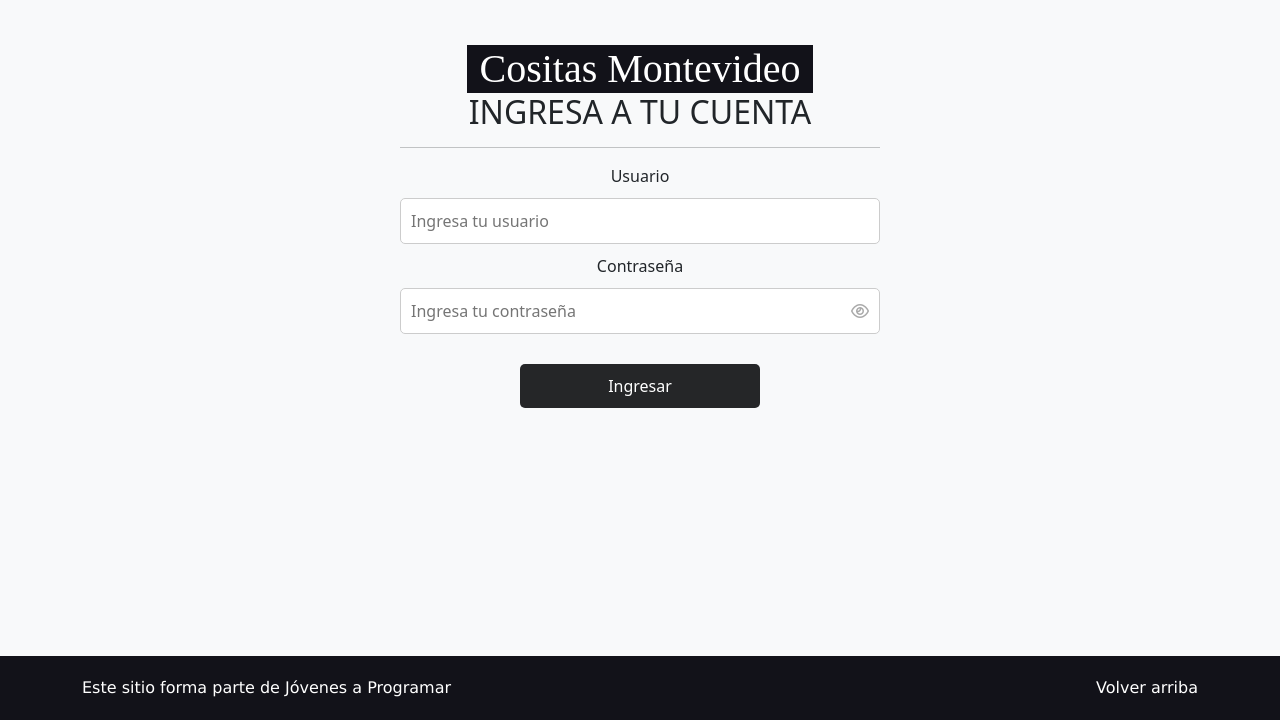
Repository: naticab/proyecto-dw
Page: login.html
An editor plug-in stored every save of this project. The page is shown before and after the next save, followed by the edit.
The browser window is 1280 px wide. The pictures show the whole page.
Some web fonts or font styles are not loaded; a fallback is used.

Above is the page before, as saved 2024-09-15 14:24:20.

### login.html
<!DOCTYPE html>
<html lang="es">

<head>
  <meta charset="UTF-8">
  <meta name="viewport" content="width=device-width, initial-scale=1, shrink-to-fit=no">
  <title>eMercado - Todo lo que busques está aquí</title>

  <link href="https://fonts.googleapis.com/css?family=Raleway:300,300i,400,400i,700,700i,900,900i" rel="stylesheet">
  <link href="css/bootstrap.min.css" rel="stylesheet">
  <link href="https://cdn.jsdelivr.net/npm/bootstrap@5.3.0/dist/css/bootstrap.min.css" rel="stylesheet">
  <link href="https://cdn.jsdelivr.net/npm/@fortawesome/fontawesome-free/css/all.min.css" rel="stylesheet">
  <link href="css/styles.css" rel="stylesheet" type="text/css">
  <link rel="stylesheet" href="css/login.css" type="text/css">
  <link href="css/header-and-footer.css" rel="stylesheet">
  <link href="https://fonts.googleapis.com/css2?family=Love+Ya+Like+A+Sister&display=swap" rel="stylesheet">
</head>

<body>

  <header>
    <div class="container d-flex justify-content-around align-items-center">
      <h1 class="m-0">Cositas Montevideo</h1>
      <nav class="navbar navbar-expand-lg">
      </nav>
    </div>
  </header>

  <main>
    <div class="login-container">
      <h2>INGRESA A TU CUENTA</h2>
      <hr>
      <label for="username">Usuario</label>
      <input type="text" id="username" name="username" placeholder="Ingresa tu usuario">

      <label for="password">Contraseña</label>
      <div class="password-container">
        <input type="password" id="password" name="password" placeholder="Ingresa tu contraseña">
        <i class="far fa-eye" id="togglePassword"></i>
      </div>

      <button type="submit" id="button">Ingresar</button>
    </div>
  </main>

  <footer class="text-center py-2">
    <div class="container">
      <div class="footer-content">
        <p class="footer-text">Este sitio forma parte de <a class="footer-link" href="https://jovenesaprogramar.edu.uy/"
            target="_blank">Jóvenes a Programar</a></p>
        <p class="footer-link-end">
          <a class="footer-link" href="#">Volver arriba</a>
        </p>
      </div>
    </div>
  </footer>

  <script src="js/login.js"></script>
  <script src="js/header-and-footer.js"></script>
</body>

</html>

### css/styles.css
.jumbotron,
.card-body,
.container,
.site-header {
  font-family: 'Verdana', serif !important;
}

.jumbotron .display-4 {
  font-weight: bold;
}

nav a {
  text-decoration: none;
}

.bd-placeholder-img {
  font-size: 1.125rem;
  text-anchor: middle;
  -webkit-user-select: none;
  -moz-user-select: none;
  -ms-user-select: none;
  user-select: none;
}

@media (min-width: 768px) {
  .bd-placeholder-img-lg {
    font-size: 3.5rem;
  }
}

.jumbotron {
  height: 50vh;
  padding: 5em inherit;
  margin-bottom: 0;
  background-color: #53C0FB;
  background: url('../img/cover_back.png');
  background-size: cover;
  background-position: center;
  background-repeat: no-repeat;
  color: black;
  font-weight: bold;
}

@media (min-width: 768px) {
  .jumbotron {
    padding-top: 6rem;
    padding-bottom: 6rem;
  }
}

.jumbotron p:last-child {
  margin-bottom: 0;
}

.jumbotron-heading {
  font-weight: 300;
}

.jumbotron .container {
  max-width: 40rem;
  background-color: rgba(255, 255, 255, 0.5);
  border-radius: 10px;
  text-shadow: 1px 1px 2px grey;
}

.jumbotron .lead {
  font-size: 38px;
}

.dropzone {
  border: 2px dashed #0087F7;
  border-radius: 5px;
  background: white;
}

.img-fit {
  max-height: 100%;
}

.alert {
  position: fixed;
  top: 80px;
  width: 50%;
  left: 50%;
  transform: translate(-50%, 0);
}

.lds-ring {
  display: inline-block;
  position: relative;
  width: 64px;
  height: 64px;
  top: 50%;
  left: 50%;
}

.cursor-active {
  cursor: pointer;
}

.left {
  float: left;
  padding: 4px;
  background-color: rgba(255, 255, 255, 0.5);
}

.lds-ring div {
  box-sizing: border-box;
  display: block;
  position: absolute;
  width: 51px;
  height: 51px;
  margin: 6px;
  border: 6px solid #fff;
  border-radius: 50%;
  animation: lds-ring 1.2s cubic-bezier(0.5, 0, 0.5, 1) infinite;
  border-color: #fff transparent transparent transparent;
}

.lds-ring div:nth-child(1) {
  animation-delay: -0.45s;
}

.lds-ring div:nth-child(2) {
  animation-delay: -0.3s;
}

.lds-ring div:nth-child(3) {
  animation-delay: -0.15s;
}

@keyframes lds-ring {
  0% {
    transform: rotate(0deg);
  }

  100% {
    transform: rotate(360deg);
  }
}

.signin {
  width: 100%;
  max-width: 330px;
  padding: 15px;
  margin: auto;
}

#spinner-wrapper {
  position: fixed;
  background-color: rgba(0, 0, 0, 0.5);
  width: 100%;
  height: 100%;
  top: 0;
  left: 0;
  z-index: 1021;
  display: none;
}

main {
  min-height: calc(100vh - 210px);
}

a.custom-card,
a.custom-card:hover {
  color: inherit;
  text-decoration: inherit;
}

.checked {
  color: orange;
}

### css/login.css
body {
    display: flex;
    flex-direction: column;
    justify-content: center;
    align-items: center;
    height: 90vh;
    background-color: #f8f9fa;
    text-align: center;
}

.login-container {
    width: 30em;
}

input {
    width: 100%;
    padding: 10px;
    margin: 10px 0;
    border-radius: 5px;
    border: 1px solid #ccc;
}

.password-container {
    position: relative;
}

.password-container i {
    position: absolute;
    right: 10px;
    top: 50%;
    transform: translateY(-50%);
    cursor: pointer;
    color: #aaa;
}

button {
    width: 50%;
    padding: 10px;
    margin-top: 20px;
    border: none;
    border-radius: 5px;
    background-color: #252628;
    color: white;
    cursor: pointer;
}

button:hover {
    background-color: #3f3f3f;
}

footer {
    position: fixed;
    bottom: 0;
    left: 0;
    width: 100%;
    padding-top: 1rem;
    padding-bottom: 1rem;
    background-color: #f8f9fa;
    text-align: center;
}

@media (max-width: 768px) {
    .login-container {
        width: 25em;
    }
}

@media (max-width: 576px) {

    body {
        background-color: #AAA8A4;
    }

    .login-container {
        width: 20em;
        padding: 15px;
    }

    button {
        width: 50%;
    }

    input {
        margin: 5px 0;
    }

    footer {
        visibility: hidden;
    }
}

### css/header-and-footer.css
header {
    background: #121219;
    color: #fff;
    position: relative;
}

h1 {
    font-family: "Love Ya Like A Sister", cursive;

}

a.nav-link {
    color: #f1f1f1;
}

a.nav-link:hover {
    color: #9b9a9b;
    transition: color 0.3s, text-shadow 0.3s;
    transform: scale(1.05);
}

/* Espaciado entre los elementos del menú */
.navbar-nav .nav-item {
    margin-right: 40px;
}

.navbar-nav .nav-item:last-child {
    margin-right: 0; /* Quitar margen derecho al último elemento */
}

#user-name.nav-link {
    color: #f1f1f1;
}

#user-name.nav-link:hover {
    color: #9b9a9b;
    transform: scale(1.05);
    transition: color 0.3s, text-shadow 0.3s;
}

.navbar-collapse {
    justify-content: flex-end;
}

.navbar-toggler:hover {
    cursor: pointer;
}

@media (max-width: 995px) {

    .navbar-collapse {
        display: none;
        position: absolute;
        top: 100%;
        left: -40px;
        width: 240%;
        z-index: 999;
        flex-direction: column-reverse;
        align-items: center;
justify-content: center;    }

    .navbar-collapse.show {
        display: flex;
    }

    .navbar-nav {
        background: #121219;
        color: #fff;
        padding: 1.5rem;
        border-radius: 0 0 100px 100px;
        font-weight: bold;
        text-align: center;
        display: flex;
        justify-content: center; /* Centra horizontalmente todos los li */
        align-items: center; /* Centra verticalmente los li */
        width: 100%;
    }

    .navbar-toggler-icon {
        background-image: url('data:[embedded picture, 238 characters]');
        filter: brightness(0) invert(1); /* Cambia el icono a blanco */
    }


    .navbar-nav:hover {
        cursor: pointer;
    }

    a.nav-link:hover {
        color: #9b9a9b;
        transition: color 0.3s, text-shadow 0.3s;
        transform: scale(1.05);
    }

    .navbar-nav .nav-item {
        margin: 10px 0;
    }
}


footer {
    background: #121219;
    color: #fff;
    min-height: 4rem;
    display: flex;
    justify-content: center;
    align-items: center;
    padding: 0 1rem; /* Ajusta el padding si es necesario */
}

.container {
    width: 100%;
}

.footer-content {
    display: flex;
    justify-content: space-between;
    width: 100%;
    align-items: center;
}

.footer-text {
    margin: 0;
    text-align: center;
}

.footer-link-end {
    margin: 0;
    text-align: right;
}

.footer-link {
    color: #fff;
    text-decoration: none;
}

.footer-link:hover {
    color: #9b9a9b;
    transition: color 0.3s, text-shadow 0.3s;
    transform: scale(1.05);
}

### js/login.js
document.getElementById('togglePassword').addEventListener('click', function () {
    const passwordField = document.getElementById('password');
    const type = passwordField.getAttribute('type') === 'password' ? 'text' : 'password';
    passwordField.setAttribute('type', type);

    this.classList.toggle('fa-eye-slash');
});

### js/header-and-footer.js
document.addEventListener('click', function(event) {
    var navbar = document.querySelector('.navbar-collapse');
    var toggler = document.querySelector('.navbar-toggler');

    // Si el menú está abierto y se hace clic fuera de él, lo cierra
    if (navbar.classList.contains('show') && !navbar.contains(event.target) && !toggler.contains(event.target)) {
        var bsCollapse = new bootstrap.Collapse(navbar, {
            toggle: false
        });
        bsCollapse.hide();
    }
});

// Cerrar el menú automáticamente al hacer clic en cualquier enlace
var navLinks = document.querySelectorAll('.nav-link');
navLinks.forEach(function(link) {
    link.addEventListener('click', function() {
        var navbar = document.querySelector('.navbar-collapse');
        var bsCollapse = new bootstrap.Collapse(navbar, {
            toggle: false
        });
        bsCollapse.hide();
    });
});

Loaded but not shown: css/bootstrap.min.css (library)

After the next save:
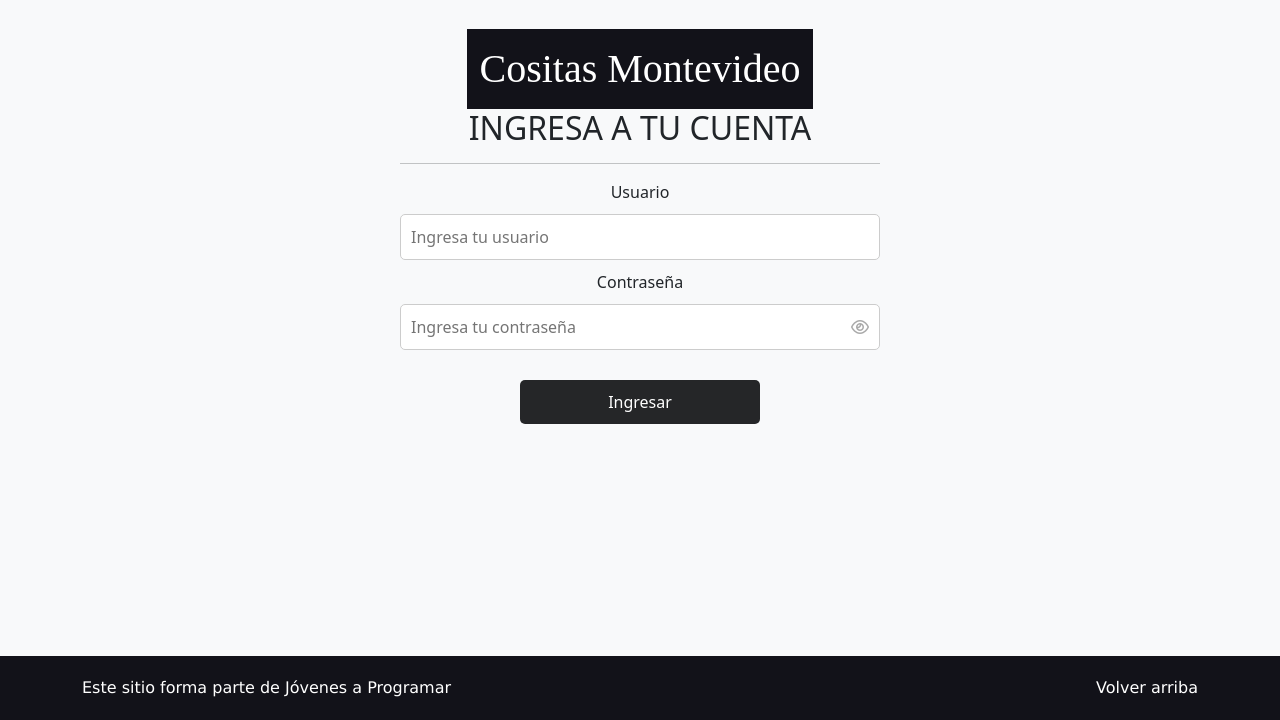
Saved 7 s later.
--- a/login.html
+++ b/login.html
@@ -18,7 +18,7 @@
 
 <body>
 
-  <header>
+  <header class="py-3">
     <div class="container d-flex justify-content-around align-items-center">
       <h1 class="m-0">Cositas Montevideo</h1>
       <nav class="navbar navbar-expand-lg">
